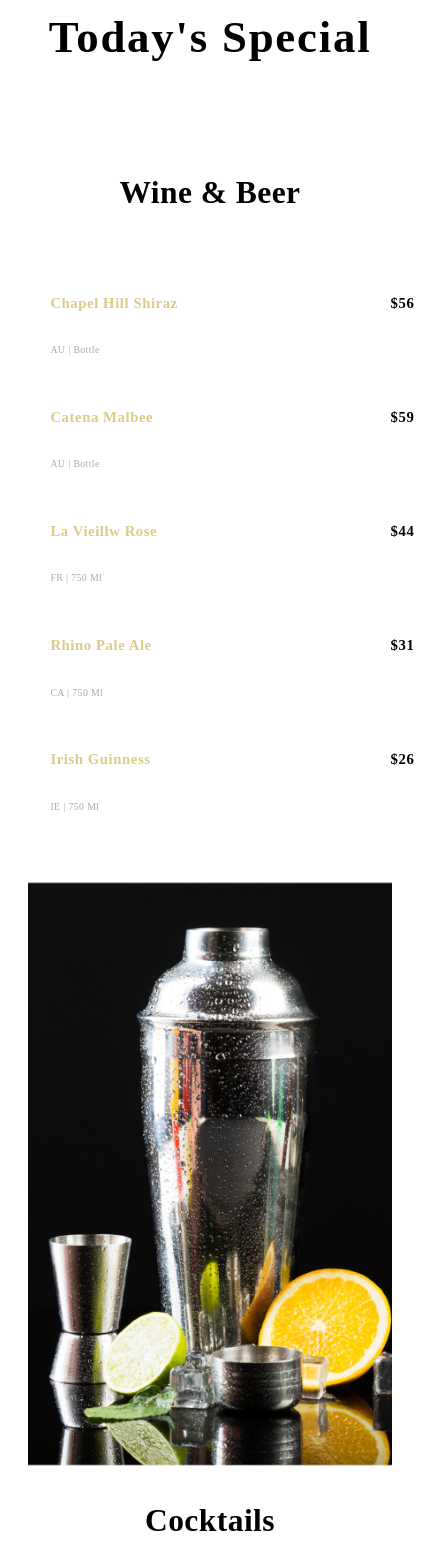
Repository: remydev47/restaurant
Page: /
An editor plug-in stored every save of this project. The page is shown before and after the next save, followed by the edit.
The browser window is 600 px wide. The page is 624 px wide, so the pictures cover 624 px, including what lies to the right of the window. The pictures show the part of the page from y = 4132 to 6372 px (the page is 7496 px tall before and 7456 px after), at 70% of full size.
Backgrounds fixed to the window are drawn as part of the page. The project was rebuilt for these pictures with package versions that can differ from the ones it lists, and the page was loaded fresh each time. Also part of the build but not shown: src/container/Chef/Chef.css, src/components/Footer/Newsletter.jsx, src/components/Footer/FooterOverlay.jsx. Imported but missing from the stored project, and not drawn on this page: src/assets/meal.mp4.

Above is the page before, as saved 2022-03-16 17:31:39.

### public/index.html
<!DOCTYPE html>
<html lang="en">
  <head>
    <meta charset="utf-8" />
    <link rel="icon" href="%PUBLIC_URL%/favicon.ico" />
    <meta name="viewport" content="width=device-width, initial-scale=1" />
    <meta name="theme-color" content="#000000" />
    <meta name="description"content="Web site created using create-react-app"/>
    <link rel="apple-touch-icon" href="%PUBLIC_URL%/logo192.png" />
    <link rel="manifest" href="%PUBLIC_URL%/manifest.json" />
    <title>Gerich Resturant</title>
  </head>
  <body>
    <noscript>You need to enable JavaScript to run this app.</noscript>
    <div id="root"></div>
</html>

### src/App.js
import React from 'react';

import { AboutUs, Chef, FindUs, Footer, Gallery, Header, Intro, Laurels, SpecialMenu } from './container';
import { Navbar } from './components';
import './App.css';

const App = () => (
  <div>
    <Navbar />
    <Header />
    <AboutUs />
    <SpecialMenu />
    <Chef />
    <Intro />
    <Laurels />
    <Gallery />
    <FindUs />
    <Footer />
  </div>
);

export default App;

### src/container/AboutUs/AboutUs.jsx
import React from 'react';

import './AboutUs.css';
import { images } from '../../constants';

const AboutUs = () => (
  <div className="app__aboutus app__bg flex__center section__padding" id="aboutus">
    <div className='app__aboutus-overlay flex__center'>
      <img src={images.G} alt="g letter" />
    </div>
    <div className='app__aboutus-content flex__center'>
      <div className='app__aboutus-content_about'>
        <h1 className='headtext__cormorant'>About Us</h1>
        <img src={images.spoon} alt="about_spoon" className="spoon__img" />
        <p className="p__opensans">
          Eager to serve you, our experienced wait staff greet you at the door and lead you to the table of your choice in the well thought out seating arrangement. The rich aroma of freshly ground coffee is the handiwork of our skilled baristas, adept in latte art.
        </p>
        <button type="button" className="custom__button">Know More</button>
      </div>
      <div className="app__aboutus-content_knife flex__center">
        <img src={images.knife} alt="about_knife" />
      </div>
      <div className='app__aboutus-content_history'>
        <h1 className='headtext__cormorant'>Our History</h1>
        <img src={images.spoon} alt="about_spoon" className="spoon__img" />
        <p className="p__opensans">
        Welcome to Giretch, a fully fledged restaurant specializing in delivering a relaxed and memorable dining experience. We’re currently in 12 locations; 4 in Nairobi, 8 in Kampala and 1 in Entebbe
        </p>
        <button type="button" className="custom__button">Know More</button>
      </div>
    </div>
  </div>
);

export default AboutUs;

### src/container/Header/Header.jsx
import React from 'react';
import { SubHeading } from '../../components';

import { images } from "../../constants"
import './Header.css';

const Header = () => (
  <div className="app__header app__wrapper section__padding" id="home">
    <div className="app__wrapper_info">
      <SubHeading title="Chase The New Flavour" />
      <h1 className="app__header-h1">The Key To Fine Dining</h1>
      <p className="p__opensans" style={{margin: '2rem 0'}}>
          Geritch is a perfect haven for both business and leisure travellers. It all begins with our friendly staff, who will do everything they can to make your meal fulfiling and enjoyable. The team at Geritch kitchen looks forward to welcoming you in one of our luxury restaurant where you will experience comfort and convenience in this beautiful city of Nairobi.
      </p>
      <button type="button" className="custom__button">Explore Menu</button>
    </div>
    <div className="app__wrapper_img">
      <img src={images.welcome} alt="header img" />
    </div>
  </div>
);

export default Header;

### src/container/Menu/SpecialMenu.jsx
import React from 'react';

import { SubHeading, MenuItem } from '../../components';
import { images, data } from '../../constants';
import './SpecialMenu.css';

const SpecialMenu = () => (
  <div className="app__specialMenu flex__center section__padding">
    <div className='app__specialMenu-title'>
      <SubHeading title="Menu Thats Fits Your Pallate" />
      <h1 className="headtext__cormorant">Today's Special</h1>
    </div>

    <div className='app__specialMenu-menu'>
      <div className='app__specialMenu-menu_wine flex__center'>
        <p className='app__specialMenu-menu_heading'>Wine & Beer</p>
      </div>
      <div className='app__specialMenu_menu_items'>
        {data.wines.map((wine, index) => (
         <MenuItem key={wine.title + index} title={wine.title} price={wine.price} tags={wine.tags} />
        ))}
      </div>
    </div>

    <div className="app__specialMenu-menu_img">
      <img src={images.menu} alt="menu img"  />
    </div>


      <div className='app__specialMenu-menu_cocktails flex__center'>
        <p className='app__specialMenu-menu_heading'>Cocktails</p>
      </div>
      <div className='app__specialMenu_menu_items'>
        {data.cocktails.map((cocktail, index) => (
          <MenuItem key={cocktail.title + index} title={cocktail.title} price={cocktail.price} tags={cocktail.tags} />
        ))}
      </div>

    <div style={{marginTop: '15px'}}>
      <button  type="button" className="custom__button">View More</button>
    </div>
  </div>
);

export default SpecialMenu;

### src/components/SubHeading/SubHeading.jsx
import React from 'react';
import { images } from '../../constants';


const SubHeading = ({ title }) => (
  <div style={{ marginBottom: "1rem"}}>
    <p className='p__cormorant'>{title}</p>
    <img src={images.spoon} alt="spoon" className="spoon__img" />
  </div>
);

export default SubHeading;

### src/components/Menuitem/MenuItem.jsx
import React from 'react';

import './MenuItem.css';

const MenuItem = ({ title, price, tags }) => (
  <div className="app__menuitem">
    <div className="app__menuitem-head">
      <div className="app__menuitem-name">
        <p className="p__cormorant" style={{ color: '#DCCA87'}}>{title}</p>
      </div>

      <div className="app__menuitem-dash" />

      <div className="app__menuitem-price">
        <p className="p__cormorant">{price}</p>
      </div>
    </div>
    <div className="app__menuitem-sub">
      <p className="p__opensans" style={{ color: '#AAA'}}>{tags}</p>
    </div>
  </div>
);

export default MenuItem;

### src/components/Navbar/Navbar.jsx
import React, {useState} from 'react';
import { GiHamburgerMenu } from 'react-icons/gi';
import { MdOutlineRestaurantMenu } from 'react-icons/md';

import images from '../../constants/images';
import './Navbar.css';

const Navbar = () => {
  const [toggleMenu, setToggleMenu] = useState(false)
  return(
  <nav className="app__navbar">
    <div className="app__navbar-logo">
     <img src={images.gericht} alt="app logo"/>
    </div>
    <ul className="app__navbar-links">
      <li className="p__opensans"><a href="#home">Home</a></li>
      <li className="p__opensans"><a href="#about">About</a></li>
      <li className="p__opensans"><a href="#menu">Menu</a></li>
      <li className="p__opensans"><a href="#awards">Awards</a></li>
      <li className="p__opensans"><a href="#contact">Contact</a></li>
    </ul>
    <div className="app__navbar-login">
      <a href="#login" className="p__opensans">Log in/ Register</a>
    <div/>
      <a href="/" className="p__opensans">Book Table</a>
    </div>
    <div className="app__navbar-smallscreen">
      <GiHamburgerMenu color="#fff" fontsize={27} onClick={() => setToggleMenu(true)} />

      {toggleMenu && (


      <div className="app__navbar-smallscreen_overlay flex__center slide-bottom">
        <MdOutlineRestaurantMenu fontSize={27} className="overlay__close" onClick={() => setToggleMenu(false)} />
        <ul className="app__navbar-smallscreen_links">
          <li className="p__opensans"><a href="#home">Home</a></li>
          <li className="p__opensans"><a href="#about">About</a></li>
          <li className="p__opensans"><a href="#menu">Menu</a></li>
          <li className="p__opensans"><a href="#awards">Awards</a></li>
          <li className="p__opensans"><a href="#contact">Contact</a></li>
       </ul>
      </div>
       )}
    </div>
  </nav>
  );
};

export default Navbar;

### src/container/AboutUs/AboutUs.css
.app__aboutus {
    position: relative;
}

.app__aboutus-overlay {
    position: absolute;
    inset: 0;
}

.app__aboutus-overlay img {
    width: 391px;
    height: 415px;
    z-index: 0;
}

.app__aboutus-content {
    width: 100%;
    z-index: 2;
}

.app__aboutus-content_about {
    flex: 1;
    display: flex;
    justify-content: flex-end;
    align-items: flex-end;
    flex-direction: column;

    text-align: right;
}

.app__aboutus-content_knife {
    margin: 2rem 4rem;
}

.app__aboutus-content_knife img{
    height: 910px;
}

.app__aboutus-content_history {
    flex: 1;
    display: flex;
    justify-content: flex-start;
    align-items: flex-start;
    flex-direction: column;

    text-align: left;
}

.app__aboutus-content_history p,
.app__aboutus-content_about p {
    margin: 2rem 0;
    color: var(--color-grey);
}

@media screen and (max-width: 2000px) {
    .app__aboutus-content_knife img{
        height: 1110px;
    }
}

.app__aboutus-content_history p,
.app__aboutus-content_about p {
    margin: 4rem 0;
    color: var(--color-grey);
}

@media screen and (max-width: 900px) {
    .app__aboutus-content {
        flex-direction: column;
    }

    .app__aboutus-content_knife {
        margin: 4rem 0;
    }
}

@media screen and (max-width: 650px) {
    .app__aboutus-overlay img {
        width: 80%;
        height: 320px;
    }
}

### src/container/Header/Header.css
.app__header {
    background-color: var(--color-black);
}

.app__header-h1 {
    font-family: var(--font-base);
    color: var(--color-golden);
    letter-spacing: 0.04rem;
    text-transform: uppercase;
    line-height: 117px;
    font-size: 90px;
}

.app__header-img {
    width: 100%;
}

### src/container/Menu/SpecialMenu.css
.app__specialMenu {
    flex-direction: column;
    background-color: var(--color-black);
}

.app__specialMenu-title {
    margin-bottom: 2rem;
    text-align: center;
}

.app__specialMenu-menu {
    width: 100%;

    margin: 2rem 0;
    display: flex;
    justify-content: center;
    align-items: flex-start;
    flex-direction: row;
}

.app__specialMenu-menu_heading {
    font-family: var(--font-base);
    font-weight: 600;
    font-size: 45px;
    line-height: 58.5px;
    letter-spacing: 0.04rem;
    color: var(--color-white);
}

.app__specialMenu-menu_wine ,
.app__specialMenu-menu_cocktails{
flex: 1;
width: 100%;
flex-direction: column;
}

.app__specialMenu-menu_img {
    width:410px;
    margin: 0 2rem;
}

.app__specialMenu-menu_img img {
    width: 100%;
    height: auto;
}

.app__specialMenu_menu_items {
    display: flex;
    flex-direction: column;

    margin: 2rem;
    width: 100%;
}

@media screen and (max-width: 2000px) {

}

@media screen and (max-width: 1150px){
    .app__specialMenu-menu {
        flex-direction: column;
    }
}

@media screen and (max-width: 650px) {
    .app__specialMenu-menu_img {
        width: 100%;
    }
}

### src/components/Menuitem/MenuItem.css
.app__menuitem {
    width: 100%;
    margin: 1rem 0;

    display: flex;
    flex-direction: column;
}

.app__menuitem-head {
    display: flex;
    justify-content: space-between;
    align-items: center;
}

.app__menuitem-sub {
    width: 100%;
    margin-top: 0.2rem;
}

.app__menuitem-name{
    flex: 1;
}

.app__menuitem-dash {
    width: 90px;
    height: 1px;

    background: var(--color-golden);
    margin: 0 1rem;
}

.app__menuitem-price {
    display: flex;
    justify-content: flex-end;
    align-items: flex-end;
}

### src/constants/images.js
import bg from '../assets/bg.png';
import chef from '../assets/chef.png';
import G from '../assets/G.png';
import gallery01 from '../assets/gallery01.png';
import gallery02 from '../assets/gallery02.png';
import gallery03 from '../assets/gallery03.png';
import gallery04 from '../assets/gallery04.png';
import knife from '../assets/knife.png';
import logo from '../assets/logo.png';
import menu from '../assets/menu.png';
import overlaybg from '../assets/overlaybg.png';
import spoon from '../assets/spoon.svg';
import welcome from '../assets/welcome.png';
import findus from '../assets/findus.png';
import laurels from '../assets/laurels.png';
import award01 from '../assets/award01.png';
import award02 from '../assets/award02.png';
import award03 from '../assets/award03.png';
import award05 from '../assets/award05.png';
import sign from '../assets/sign.png';
import quote from '../assets/quote.png';
import gericht from '../assets/gericht.png';

export default {
  bg,
  chef,
  G,
  gallery01,
  gallery02,
  gallery03,
  gallery04,
  knife,
  logo,
  menu,
  overlaybg,
  spoon,
  welcome,
  findus,
  laurels,
  award01,
  award02,
  award03,
  award05,
  sign,
  quote,
  gericht,
};

### src/components/Navbar/Navbar.css
.app__navbar {
   width: 100%;
   display: flex;
   justify-content: space-between;
   align-items: center;
   background: var(--color-black);
   padding: 1rem 2rem;
}

.app__navbar-logo{
    display: flex;
    justify-content: flex-start;
    align-items: center;
}

.app__navbar-logo img{
    width: 150px;
}

.app__navbar-links {
    flex: 1;
    display: flex;
    justify-content: center;
    align-items: center;

    list-style: none;
}

.app__navbar-links li{
    margin: 0 1rem;
    cursor: pointer;
}

.app__navbar-links li:hover {
   color: var(--color-grey);
}

.app__navbar-login {
    display: flex;
    justify-content: flex-end;
    align-items: center;
}
.app__navbar-login a {
    margin: o 1rem;
    text-decoration: none;
    transition: 0.5s  ease;
}

.app__navbar-login a:hover{
    border-bottom: 1px solid var(--color-golden);
}

.app__navbar-login div{
    width: 1px;
    height: 30px;
    background-color: var(--color-grey);
}

.app__navbar-smallscreen{
    display: none;
}

.app__navbar-smallscreen_overlay {
    position: fixed;
    top: 0;
    left: 0;
    width: 100%;
    height: 100vh;
    background-color: var(--color-black);
    transition: 0.5s ease;

    flex-direction: column;
    z-index: 5;
}

.app__navbar-smallscreen_overlay .overlay__close{
    font-size: 27px;
    color: var(--color-golden);
    cursor: pointer;

    position: absolute;
    top: 20px;
    right: 20px;
}

.app__navbar-smallscreen_links{
    list-style: none;
}

.app__navbar-smallscreen_links li {
   margin: 2rem;
   cursor: pointer;
   color: var(--color-golden);
   font-size: 2rem;
   text-align: center;
   font-family: var(--font-base);
}

.app__navbar-smallscreen_links li:hover {
    color: var(--color-white);
}

@media screen and (max-width: 2000px) {
    .app__navbar-logo img{
        width: 210px;
    }
}

@media screen and (max-width: 1150px) {
    .app__navbar-links {
        display: none;
    }

    .app__navbar-smallscreen {
        display: flex;
    }
}

@media screen and (max-width: 650px) {
    .app__navbar {
        padding: 1rem;
    }
    .app__navbar-login {
        display: none;
    }

    .app__navbar-logo img{
        width: 110px;
    }
}

### src/constants/data.js
import images from './images';

const wines = [
  {
    title: 'Chapel Hill Shiraz',
    price: '$56',
    tags: 'AU | Bottle',
  },
  {
    title: 'Catena Malbee',
    price: '$59',
    tags: 'AU | Bottle',
  },
  {
    title: 'La Vieillw Rose',
    price: '$44',
    tags: 'FR | 750 ml',
  },
  {
    title: 'Rhino Pale Ale',
    price: '$31',
    tags: 'CA | 750 ml',
  },
  {
    title: 'Irish Guinness',
    price: '$26',
    tags: 'IE | 750 ml',
  },
];

const cocktails = [
  {
    title: 'Aperol Sprtiz',
    price: '$20',
    tags: 'Aperol | Villa Marchesi prosecco | soda | 30 ml',
  },
  {
    title: "Dark 'N' Stormy",
    price: '$16',
    tags: 'Dark rum | Ginger beer | Slice of lime',
  },
  {
    title: 'Daiquiri',
    price: '$10',
    tags: 'Rum | Citrus juice | Sugar',
  },
  {
    title: 'Old Fashioned',
    price: '$31',
    tags: 'Bourbon | Brown sugar | Angostura Bitters',
  },
  {
    title: 'Negroni',
    price: '$26',
    tags: 'Gin | Sweet Vermouth | Campari | Orange garnish',
  },
];

const awards = [
  {
    imgUrl: images.award02,
    title: 'Bib Gourmond',
    subtitle: 'Lorem ipsum dolor sit amet, consectetur.',
  },
  {
    imgUrl: images.award01,
    title: 'Rising Star',
    subtitle: 'Lorem ipsum dolor sit amet, consectetur.',
  },
  {
    imgUrl: images.award05,
    title: 'AA Hospitality',
    subtitle: 'Lorem ipsum dolor sit amet, consectetur.',
  },
  {
    imgUrl: images.award03,
    title: 'Outstanding Chef',
    subtitle: 'Lorem ipsum dolor sit amet, consectetur.',
  },
];

export default { wines, cocktails, awards };

Loaded but not shown: src/index.js (common file); src/container/index.js (common file); src/components/index.js (common file); src/App.css (common file); src/container/Chef/Chef.jsx (common file); src/container/Findus/FindUs.jsx (common file); src/container/Footer/Footer.jsx (common file); src/container/Gallery/Gallery.jsx (common file); src/container/Intro/Intro.jsx (common file); src/container/Laurels/Laurels.jsx (common file); src/constants/index.js (common file); src/components/Footer/FooterOverlay.css (no stored copy; drawn as an empty file); src/components/Footer/Newsletter.css (no stored copy; drawn as an empty file); src/container/Footer/Footer.css (no stored copy; drawn as an empty file); src/container/Gallery/Gallery.css (no stored copy; drawn as an empty file); src/container/Intro/Intro.css (no stored copy; drawn as an empty file); src/container/Laurels/Laurels.css (no stored copy; drawn as an empty file)

After the next save:
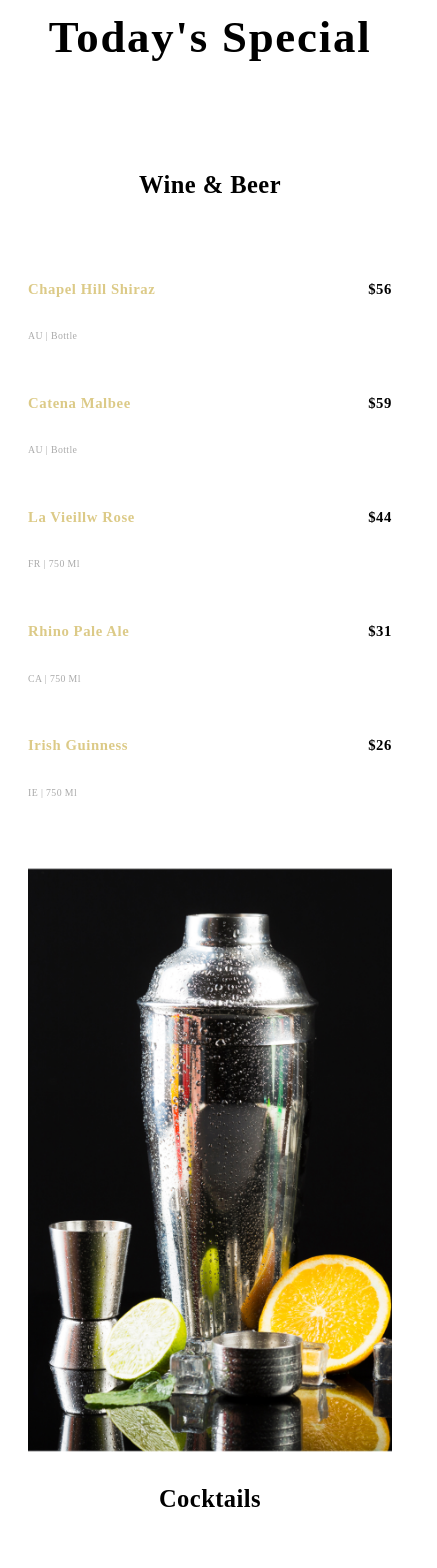
Saved 2 min 1 s later.
--- a/src/container/Menu/SpecialMenu.css
+++ b/src/container/Menu/SpecialMenu.css
@@ -53,7 +53,11 @@ flex-direction: column;
 }
 
 @media screen and (max-width: 2000px) {
-
+    .app__specialMenu-menu {
+        flex-direction: column;
+        align-items: center;
+        width: 100%;
+    }
 }
 
 @media screen and (max-width: 1150px){
@@ -66,4 +70,8 @@ flex-direction: column;
     .app__specialMenu-menu_img {
         width: 100%;
     }
+
+    .app__specialMenu-menu_heading {
+        font-size: 35px;
+    }
 }
